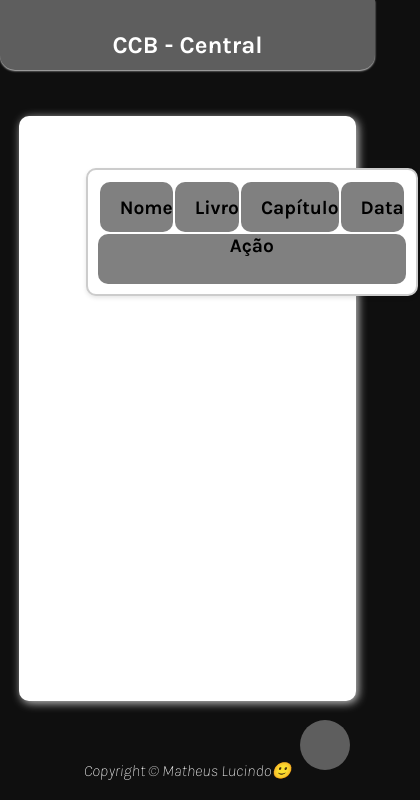
Repository: Matheus904-12/API-da-CCB
Page: index.html
These files come from the project's save history. The page is drawn as it stood at one moment and after a run of saves; the edit follows.
The browser window is 375 px wide. The page is 420 px wide, so the pictures cover 420 px, including what lies to the right of the window. The pictures show the whole page.

Above is the page before, as saved 2024-01-14 01:30:18.

After the next 3 saves:
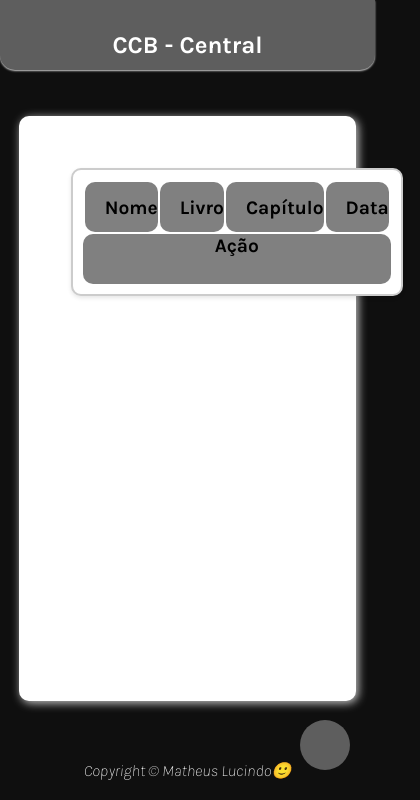
The 3 saves are shown as one change because they came seconds apart.
The last was saved 12 s later.
--- a/chat.css
+++ b/chat.css
@@ -48,7 +48,7 @@
         background-color: white;
         box-shadow: 0 2px 4px rgba(0, 0, 0, 0.1);
         padding: 10px;
-        margin-left: 15px;
+        margin-right: 15px;
     }
 
     .records td {
